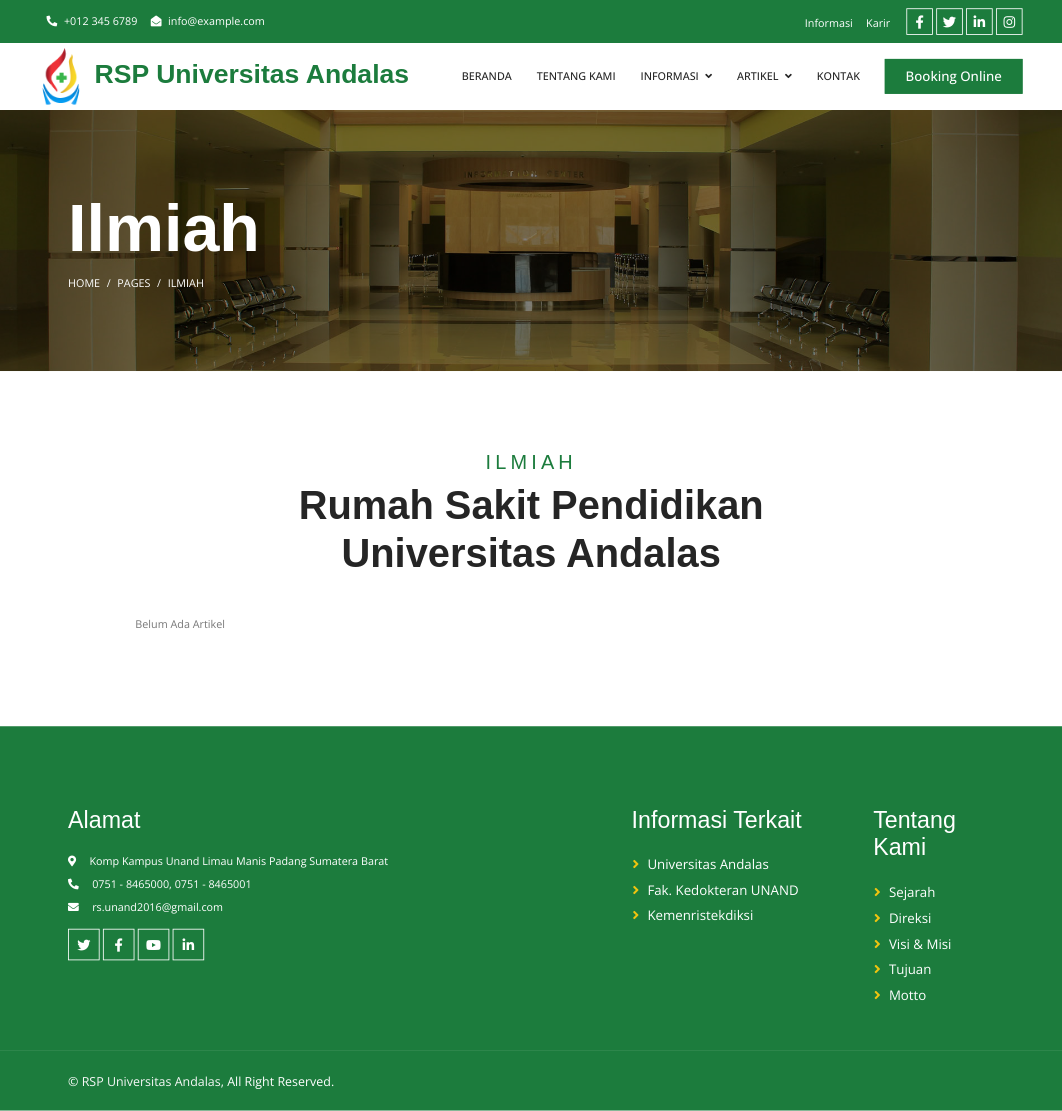
Repository: vivin-erialis/rsunand-site
Page: http://localhost/ilmiah
These files come from the project's save history. The page is drawn as it stood at one moment and after a run of saves; the edit follows.
The browser window is 1280 px wide. The pictures show the whole page, at 83% of full size.
Some web fonts or font styles are not loaded; a fallback is used. Some web libraries are served in a nearby version. The page is served by the project's Laravel application, run on PHP 8.4 with Laravel 12. Queries for data that is not in the repository find no rows.

Above is the page before, as saved 2024-04-29 09:59:02.
Console error: TypeError: Cannot read properties of undefined (reading 'version')

After the next 2 saves:
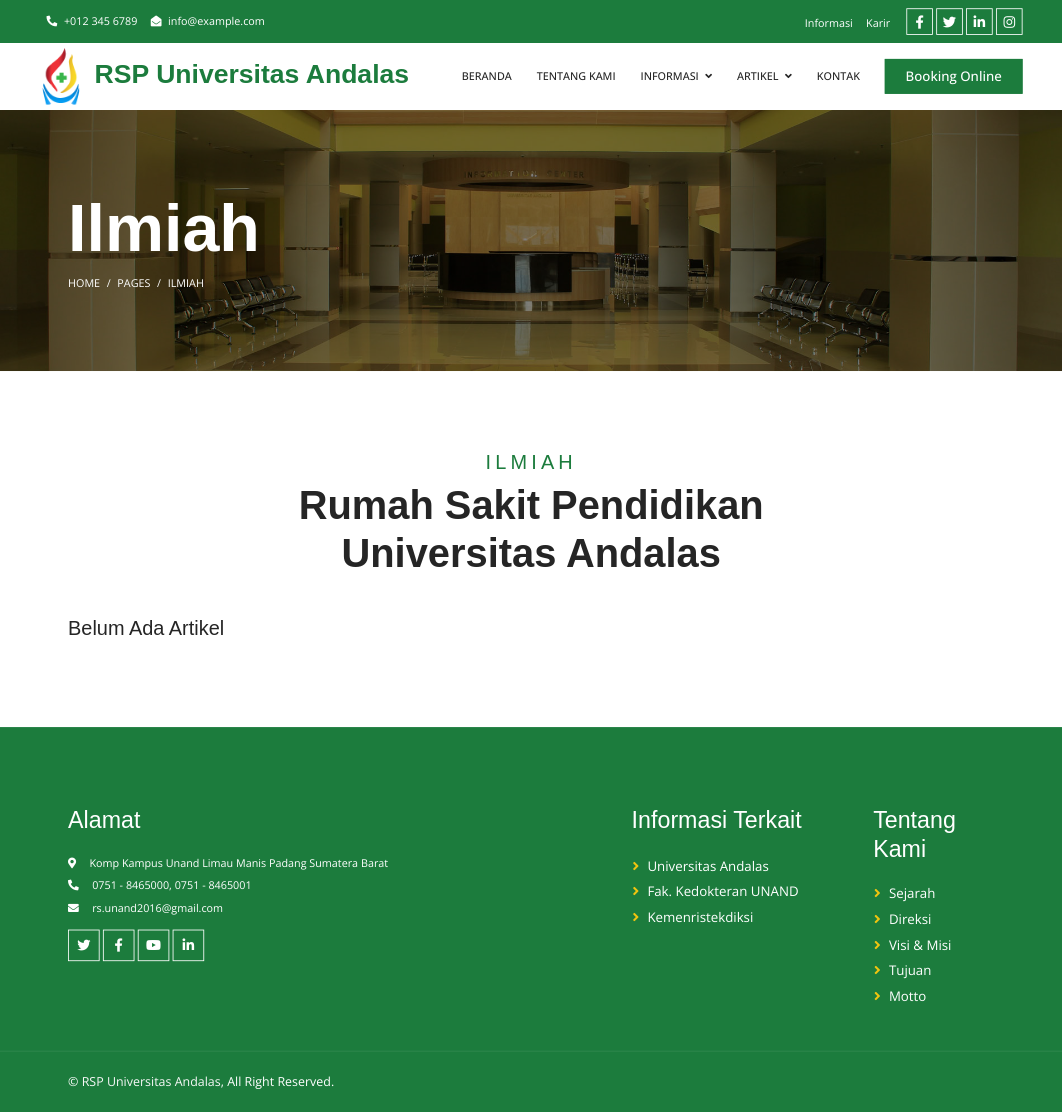
The 2 saves are shown as one change because they came seconds apart.
The last was saved 9 s later.
--- a/resources/views/Frontend/artikel/ilmiah.blade.php
+++ b/resources/views/Frontend/artikel/ilmiah.blade.php
@@ -11,7 +11,7 @@
             </div>
             <dvi class="container-berita">
                 @if ($ilmiah->isEmpty())
-                    <p class="text-center">Belum Ada Artikel</p>
+                    <h4 class="">Belum Ada Artikel</h4>
                 @endif
                 @foreach ($ilmiah as $item)
                     <div class="card">
